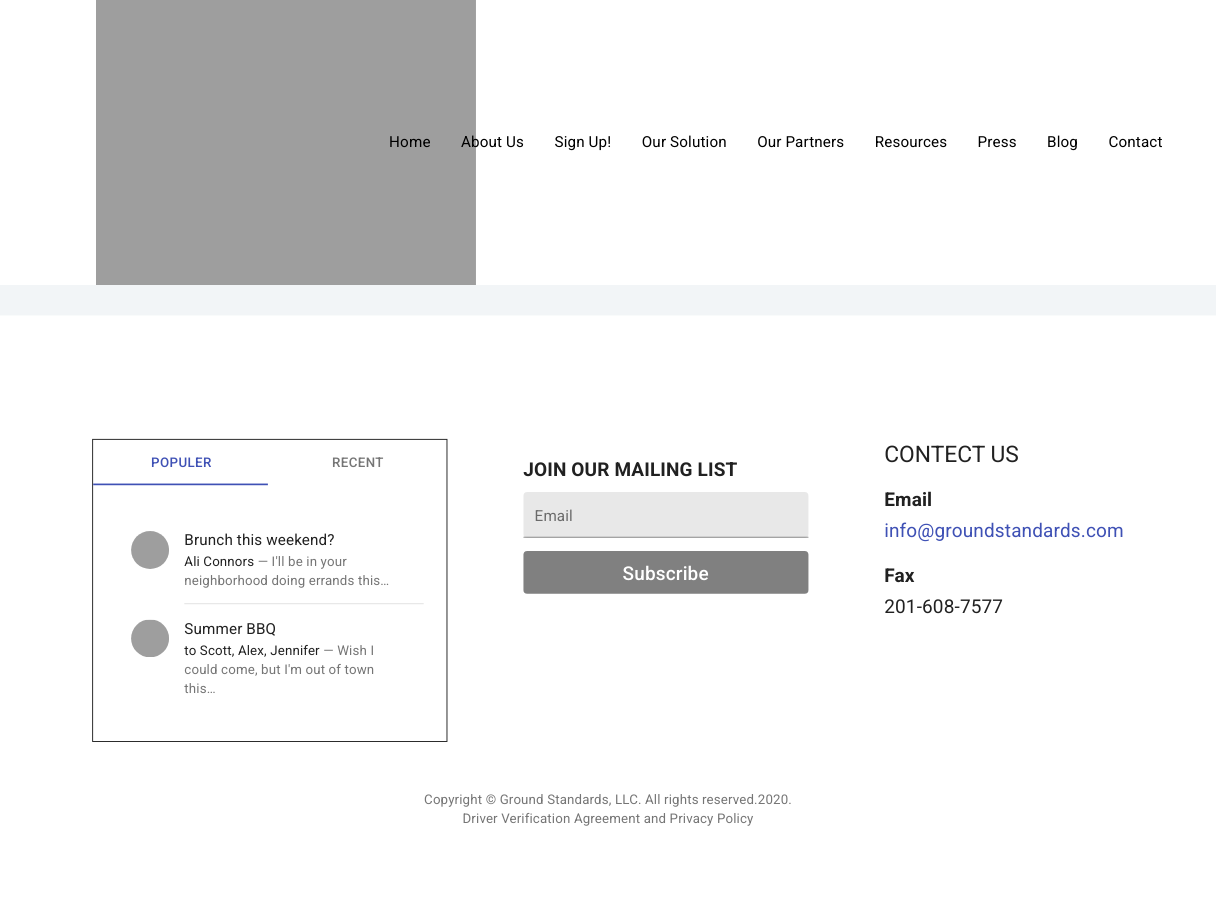
Repository: vinuvish/groundstandards_react
Page: /ourSolution
An editor plug-in stored every save of this project. The page is shown before and after the next save, followed by the edit.
The browser window is 1280 px wide. The pictures show the whole page, at 95% of full size.
Pictures or frames that could not be fetched are drawn as grey boxes. The page's requests for data from a server got no answer. The project was rebuilt for these pictures with package versions that can differ from the ones it lists, and the page was loaded fresh each time. No one was signed in, and anything a server would have sent is missing. Also part of the build but not shown: src/pages/app/NotFoundPage.tsx, src/pages/app/SignUpPage.tsx, src/pages/app/AboutPage.tsx, src/pages/app/OurPartnerPage.tsx, src/pages/app/ResourcePage.tsx, src/pages/app/PressPage.tsx, src/pages/app/BlockPage.tsx, src/pages/app/ContactPage.tsx and 4 more. Imported but missing from the stored project, and not drawn on this page: src/assets/video/video-2.mp4.

Above is the page before, as saved 2020-12-02 22:35:25.

### public/index.html
<!DOCTYPE html>
<html lang="en">
  <head>
    <meta charset="utf-8" />
    <link rel="icon" href="%PUBLIC_URL%/favicon.png" />
    <meta name="viewport" content="width=device-width, initial-scale=1" />
    <meta name="theme-color" content="#000000" />
    <meta name="description" content="Web site created using create-react-app" />
    <link rel="apple-touch-icon" href="%PUBLIC_URL%/logo192.png" />
    <link rel="stylesheet" href="https://fonts.googleapis.com/css?family=Roboto:300,400,500,700&display=swap" />
    <link rel="stylesheet" href="https://fonts.googleapis.com/icon?family=Material+Icons" />
    <!--
      manifest.json provides metadata used when your web app is installed on a
      user's mobile device or desktop. See https://developers.google.com/web/fundamentals/web-app-manifest/
    -->
    <link rel="manifest" href="%PUBLIC_URL%/manifest.json" />
    <!--
      Notice the use of %PUBLIC_URL% in the tags above.
      It will be replaced with the URL of the `public` folder during the build.
      Only files inside the `public` folder can be referenced from the HTML.

      Unlike "/favicon.ico" or "favicon.ico", "%PUBLIC_URL%/favicon.ico" will
      work correctly both with client-side routing and a non-root public URL.
      Learn how to configure a non-root public URL by running `npm run build`.
    -->
    <title>Ground Standard</title>
  </head>
  <body>
    <noscript>You need to enable JavaScript to run this app.</noscript>
    <div id="root"></div>
    <!--
      This HTML file is a template.
      If you open it directly in the browser, you will see an empty page.

      You can add webfonts, meta tags, or analytics to this file.
      The build step will place the bundled scripts into the <body> tag.

      To begin the development, run `npm start` or `yarn start`.
      To create a production bundle, use `npm run build` or `yarn build`.
    -->
  </body>
</html>

### src/App.tsx
import { CssBaseline, MuiThemeProvider, StylesProvider } from '@material-ui/core';
import { SnackbarProvider } from 'notistack';
import React from 'react';
import { theme } from './app_utils/MuiTheme';
import AppRouterRoutes from './AppRoutes';
import { useAppStore } from './models_stores/appStore';

function App() {
  const streamAuthUser = useAppStore((state) => state.streamAuthUser);
  const streamProducts = useAppStore((state) => state.streamDocuments);
  const streamCategories = useAppStore((state) => state.streamNotifications);
  const streamUsers = useAppStore((state) => state.streamUsers);

  React.useEffect(() => {
    streamAuthUser();
    streamCategories();
    streamUsers();
    streamProducts();
  }, []); // eslint-disable-line

  return (
    <SnackbarProvider maxSnack={3} anchorOrigin={{ vertical: 'bottom', horizontal: 'right' }}>
      <MuiThemeProvider theme={theme}>
        <CssBaseline />
        <StylesProvider injectFirst>
          <AppRouterRoutes></AppRouterRoutes>
        </StylesProvider>
      </MuiThemeProvider>
    </SnackbarProvider>
  );
}

export default App;

### src/app_utils/MuiTheme.tsx
import { createMuiTheme } from '@material-ui/core/styles';
import { BreakpointOverrides } from '@material-ui/core/styles/createBreakpoints';
import { Shadows } from '@material-ui/core/styles/shadows';

declare module '@material-ui/core/styles/createBreakpoints' {
  interface BreakpointOverrides {
    xs: true;
    sm: true;
    md: true;
    lg: true;
    xl: true;
    tablet: true;
    laptop: true;
    desktop: true;
  }
}

export const theme = createMuiTheme({
  breakpoints: {
    values: { xs: 0, sm: 600, md: 960, lg: 1280, xl: 1920, tablet: 400, laptop: 900, desktop: 1200 }
  },

  shadows: Array(25).fill('none') as Shadows,

  props: {
    MuiInput: { disableUnderline: true },
    MuiButton: { disableElevation: true },
    MuiButtonBase: { disableRipple: true },
    MuiPaper: { elevation: 0 },
    MuiCard: { elevation: 0 },
    MuiDivider: { color: 'white' },
    MuiOutlinedInput: {}
  },
  overrides: {
    MuiPaper: {
      root: {
        elevation: 0
      }
    },
    MuiCard: {
      root: {
        elevation: 0
      }
    },
    MuiButton: {
      root: {
        textTransform: 'capitalize'
      }
    }
  },
  palette: {
    background: {
      default: '#F2F5F7'
    }
  }
});

export const breakpoint = {
  xs: `(min-width: 0px)`,
  sm: `(min-width: 576px)`,
  md: `(min-width: 768px)`,
  lg: `(min-width: 992px)`,
  xl: `(min-width: 1200px)`
};

### src/AppRoutes.tsx
import { Container, createStyles, Grid, makeStyles, Theme } from '@material-ui/core';
import React from 'react';
import { Route, Router, Switch } from 'react-router-dom';
import ZAppBar from './components/ZAppBar';
import ZAppBarDrawer from './components/ZAppBarDrawer';
import NotFoundPage from './pages/app/NotFoundPage';
import SignUpPage from './pages/app/SignUpPage';
import history from './app_utils/History';
import AboutPage from './pages/app/AboutPage';
import OurSolutionPage from './pages/app/OurSolutionPage';
import OurPartnerPage from './pages/app/OurPartnerPage';
import ResourcePage from './pages/app/ResourcePage';
import PressPage from './pages/app/PressPage';
import BlockPage from './pages/app/BlockPage';
import ContactPage from './pages/app/ContactPage';
import AppHomePage from './pages/app/AppHomePage';
import ZFooter from './components/ZFooter';

const AppRouterRoutes = () => {
  const classes = useStyles();

  return (
    <Router history={history}>

      <ZAppBar />
      <Switch>{[AppRoutes]}</Switch>
      <ZFooter />
    </Router>


  );
};


const AppRoutes = [
  <Route exact path='/' component={AppHomePage} />,
  <Route exact path='/aboutUs' component={AboutPage} />,
  <Route exact path='/signUp' component={SignUpPage} />,
  <Route exact path='/ourSolution' component={OurSolutionPage} />,
  <Route exact path='/ourPartner' component={OurPartnerPage} />,
  <Route exact path='/resource' component={ResourcePage} />,
  <Route exact path='/press' component={PressPage} />,
  <Route exact path='/blog' component={BlockPage} />,
  <Route exact path='/contact' component={ContactPage} />,
  <Route component={NotFoundPage} />
];

const useStyles = makeStyles((theme: Theme) =>
  createStyles({
    grid: {
      display: 'flex'
    },
    containerAuthenticated: {
      margin: 'auto',
      marginTop: 68,
      padding: 20,
      width: `calc(100% - 240px)`,
      [theme.breakpoints.down('md')]: {
        width: '100%'
      }
    },
    containerUnauthenticated: {}
  })
);

export default AppRouterRoutes;

### src/app_utils/History.tsx
import { createBrowserHistory } from 'history';
export default createBrowserHistory({});

### src/pages/app/OurSolutionPage.tsx
import * as React from 'react';
import { makeStyles, Theme } from '@material-ui/core/styles';
import { Box, Grid, Typography } from '@material-ui/core';

interface Props { }

const OurSolutionPage: React.FC<Props> = () => {
    const classes = useStyles();
    return (
        <div className={classes.root}>
            <Grid container className={classes.grid} direction='column'>
                <Grid item xs={12}>
                    <Typography variant="h2">
                        <Box fontWeight={600} justifyContent='center' >
                            THE #1 SOLUTION
               </Box>
                    </Typography>
                </Grid>
            </Grid>

        </div>


    );
};

const useStyles = makeStyles((theme: Theme) => ({
    root: {
        width: '100vW',
        padding: theme.spacing(10, 20),
    }, grid: {
        padding: '50px',
        justifyContent: 'center',
        alignItems: 'center',
    },
}));

OurSolutionPage.defaultProps = {};

export default OurSolutionPage;

### src/firebase/firebase.tsx
import firebase from 'firebase/app';
import 'firebase/firestore';
import 'firebase/auth';
import 'firebase/storage';

const firebaseConfig = {
  apiKey: 'AIzaSyBWf1JYtcld5rEhou2YyANxAtl20AylP80',
  authDomain: 'groundstandards-8a1dd.firebaseapp.com',
  databaseURL: 'https://groundstandards-8a1dd.firebaseio.com',
  projectId: 'groundstandards-8a1dd',
  storageBucket: 'groundstandards-8a1dd.appspot.com',
  messagingSenderId: '137110708999',
  appId: '1:137110708999:web:ab0b42be7878425a805ba2',
  measurementId: 'G-V8H0LZB9DH'
};

if (!firebase.apps.length) firebase.initializeApp(firebaseConfig);

const firestore = firebase.firestore();
const auth = firebase.auth();

export { firebase as fireFirebase, firestore as fireFirestore, auth as fireAuth };

### src/models/AuthUserModel.ts
export class AuthUser implements IAuthUser {
  email: string;
  firstName: string;
  id: string;
  lastName: string;
  isActive: boolean;
  isAdmin: boolean;
  timestampAdded: Date;
  timestampLastLogin: Date;

  constructor(x: IAuthUser) {
    this.email = x.email;
    this.firstName = x.firstName;
    this.id = x.id;
    this.lastName = x.lastName;
    this.isActive = x.isActive;
    this.isAdmin = x.isAdmin;
    this.timestampAdded = x.timestampAdded;
    this.timestampLastLogin = x.timestampLastLogin;
  }

  static fromFirestore(doc: firebase.firestore.DocumentSnapshot<firebase.firestore.DocumentData>): AuthUser | null {
    const data = doc.data();
    if (!data) return null;

    return new AuthUser({
      email: data['email'] ?? '',
      firstName: data['firstName'] ?? '',
      id: doc.id,
      lastName: data['lastName'] ?? '',
      isActive: data['isActive'] ?? true,
      isAdmin: data['isAdmin'] ?? false,
      timestampAdded: data['timestampAdded']?.toDate() ?? new Date(),
      timestampLastLogin: data['timestampLastLogin']?.toDate() ?? new Date()
    });
  }

  getFullName(): string {
    return `${this.firstName} ${this.lastName}`;
  }
}

interface IAuthUser {
  email: string;
  firstName: string;
  id: string;
  lastName: string;
  isActive: boolean;
  isAdmin: boolean;
  timestampAdded: Date;
  timestampLastLogin: Date;
}
export interface IAuthUserRegister {
  email: string;
  firstName: string;
  lastName: string;
  password: string;
  isAdmin: boolean;
}

export interface IAuthUserUpdate {
  id: string;
  firstName: string;
  lastName: string;
  isActive: boolean;
  isAdmin: boolean;
}

### src/models/NotificationModel.ts
export class NotificationModel implements IEventModel {
  body: string;
  title: string;
  linkUrl: string;
  id: string;
  timestampAdded: Date;

  constructor(x: IEventModel) {
    {
      this.id = x.id;
      this.linkUrl = x.linkUrl;
      this.body = x.body;
      this.timestampAdded = x.timestampAdded;
      this.title = x.title;
    }
  }

  static fromFirestore(doc: firebase.firestore.DocumentSnapshot<firebase.firestore.DocumentData>): NotificationModel | null {
    const data = doc.data();
    if (!data) return null;
    return new NotificationModel({
      body: data['body'] ?? '',
      id: doc.id,
      linkUrl: data['linkUrl'] ?? '',
      timestampAdded: data['timestampAdded']?.toDate() ?? Date.now(),
      title: data['title'] ?? ''
    });
  }
}

interface IEventModel {
  body: string;
  title: string;
  linkUrl: string;
  id: string;
  timestampAdded: Date;
}

### src/components/ZTextFromField.tsx
import * as React from 'react';
import { makeStyles, TextField, Theme } from '@material-ui/core';
import { Controller, FieldError, Control } from 'react-hook-form';

interface Props {
  label: string;
  defaultValue?: string;
  className?: string;
  control: Control;
  error?: FieldError | undefined;
  name: string;
  rules?: any;
  rows?: number;
  type?: string;
  disabled?: boolean;
  variant?: 'standard' | 'filled' | 'outlined' | undefined;
}

const ZTextFormField: React.FC<Props> = ({ label, defaultValue, className, control, name, rules, rows, type, variant, error, disabled }) => {
  const classes = useStyles();
  return (
    <div key={name} className={className}>
      <Controller
        key={name}
        as={
          <TextField
            InputProps={{
              classes: { root: classes.root }
            }}
            disabled={disabled ?? false}
            name={name}
            error={error?.message ? true : false}
            helperText={error?.message ? error.message : undefined}
            fullWidth
            margin='dense'
            multiline={type ? false : true}
            rows={type ? undefined : rows}
            type={type}
            variant={(variant ?? 'outlined') as any}
          />
        }
        rules={rules ?? { required: 'This field is required' }}
        autoComplete='false'
        label={label}
        name={name}
        control={control}
        defaultValue={defaultValue ?? ''}
      />
    </div>
  );
};

const useStyles = makeStyles((theme: Theme) => ({
  root: {
    borderRadius: '4px'
  }
}));

ZTextFormField.defaultProps = {};

export default ZTextFormField;

// rules={register({
//             required: true,
//             pattern: {
//               value: /^[A-Z0-9._%+-]+@[A-Z0-9.-]+\.[A-Z]{2,}$/i,
//               message: 'Invalid email address',
//             },
//           })}

### src/components/ZTabPanal.tsx
import { Box, Typography } from '@material-ui/core';
import React from 'react';


interface Props {
    children?: React.ReactNode;
    dir?: string;
    index: any;
    value: any;
}

const ZTabPanal: React.FC<Props> = ({ children, value, index, ...other }) => {

    return (
        <Box borderTop={0} >
            <div
                role="tabpanel"
                hidden={value !== index}
                id={`full-width-tabpanel-${index}`}
                aria-labelledby={`full-width-tab-${index}`}
                {...other}>
                {value === index && (
                    <Box p={3}>
                        <Typography>{children}</Typography>
                    </Box>
                )}

            </div>
        </Box>
    );


}

ZTabPanal.defaultProps = {};

export default ZTabPanal;

### src/components/ZListCard.tsx
import { Box, createStyles, makeStyles, Theme } from '@material-ui/core';
import React from 'react';
import List from '@material-ui/core/List';
import ListItem from '@material-ui/core/ListItem';
import Divider from '@material-ui/core/Divider';
import ListItemText from '@material-ui/core/ListItemText';
import ListItemAvatar from '@material-ui/core/ListItemAvatar';
import Avatar from '@material-ui/core/Avatar';
import Typography from '@material-ui/core/Typography';

interface Props {
    children?: React.ReactNode;
    dir?: string;
    index: any;
    value: any;
}

const ZListCard = () => {
    const classes = useStyles();

    return (
        <>
            <List className={classes.root}>
                <ListItem alignItems="flex-start">
                    <ListItemAvatar>
                        <Avatar alt="Remy Sharp" src="/static/images/avatar/1.jpg" />
                    </ListItemAvatar>
                    <ListItemText
                        primary="Brunch this weekend?"
                        secondary={
                            <React.Fragment>
                                <Typography
                                    component="span"
                                    variant="body2"
                                    className={classes.inline}
                                    color="textPrimary"
                                >
                                    Ali Connors
                  </Typography>
                                {" — I'll be in your neighborhood doing errands this…"}
                            </React.Fragment>
                        }
                    />
                </ListItem>
                <Divider variant="inset" component="li" />
                <ListItem alignItems="flex-start">
                    <ListItemAvatar>
                        <Avatar alt="Travis Howard" src="/static/images/avatar/2.jpg" />
                    </ListItemAvatar>
                    <ListItemText
                        primary="Summer BBQ"
                        secondary={
                            <React.Fragment>
                                <Typography
                                    component="span"
                                    variant="body2"
                                    className={classes.inline}
                                    color="textPrimary"
                                >
                                    to Scott, Alex, Jennifer
                  </Typography>
                                {" — Wish I could come, but I'm out of town this…"}
                            </React.Fragment>
                        }
                    />
                </ListItem>

            </List>
        </>
    );

}

ZListCard.defaultProps = {};

export default ZListCard;
const useStyles = makeStyles((theme: Theme) =>
    createStyles({
        root: {
            width: '100%',
            maxWidth: '36ch',
            backgroundColor: theme.palette.background.paper,
        },
        inline: {
            display: 'inline',
        },
    }),
);

Loaded but not shown: src/index.tsx (common file); src/styles/index.css (common file); src/components/ZAppBar.tsx (209 lines, source omitted); src/components/ZFooter.tsx (169 lines, source omitted); src/models/DocumentModel.ts (144 lines, source omitted); src/components/ZAppBarDrawerTemp.tsx (129 lines, source omitted); src/models_stores/appStore.ts (105 lines, source omitted)

After the next save:
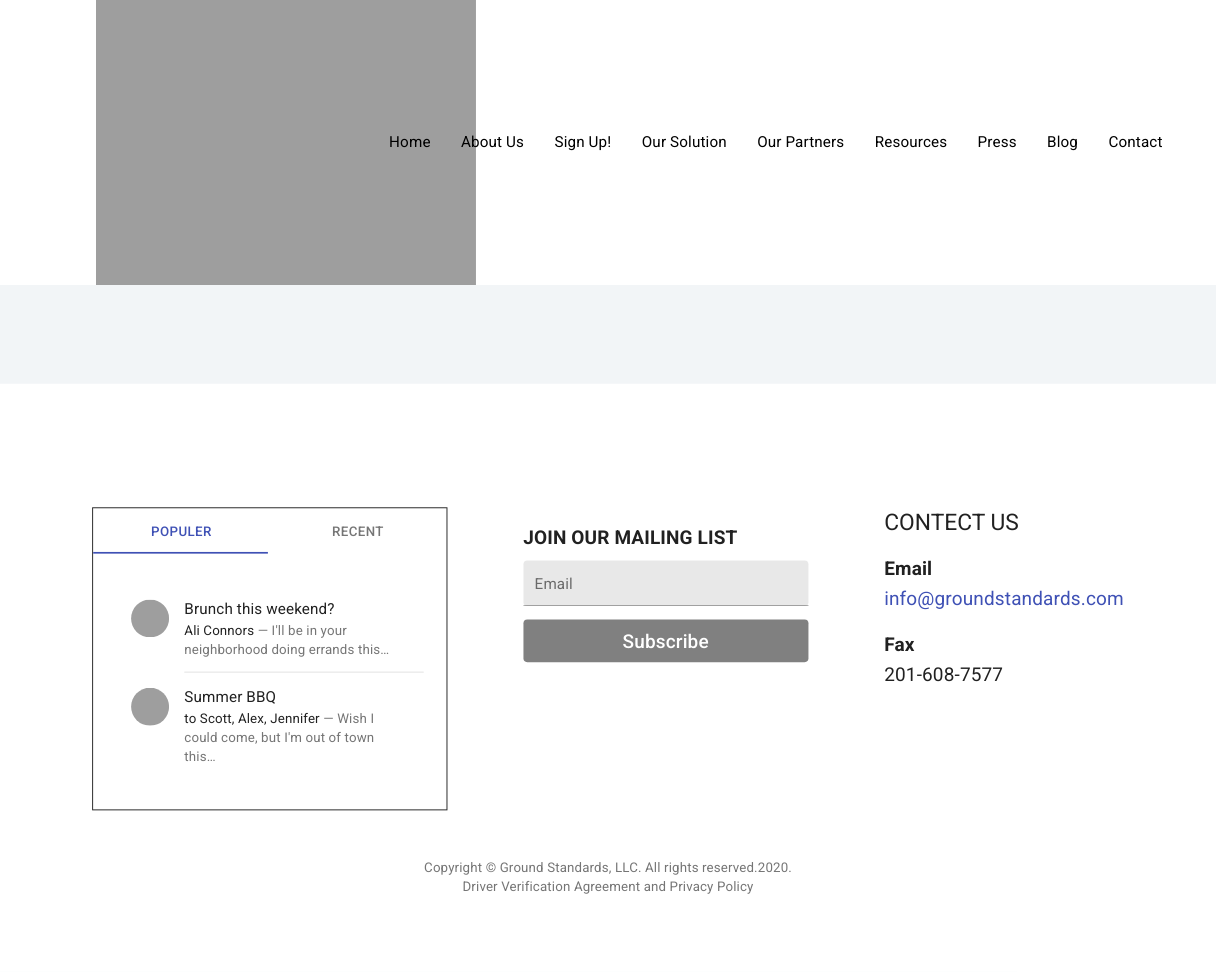
Saved 15 min 56 s later.
--- a/src/pages/app/OurSolutionPage.tsx
+++ b/src/pages/app/OurSolutionPage.tsx
@@ -9,6 +9,14 @@ const OurSolutionPage: React.FC<Props> = () => {
     return (
         <div className={classes.root}>
             <Grid container className={classes.grid} direction='column'>
+                <Grid item xs={12}>
+                    <Typography variant="h2">
+                        <Box fontWeight={600} justifyContent='center' >
+                            THE #1 SOLUTION
+               </Box>
+                    </Typography>
+                </Grid>
+
                 <Grid item xs={12}>
                     <Typography variant="h2">
                         <Box fontWeight={600} justifyContent='center' >

After the save that followed:
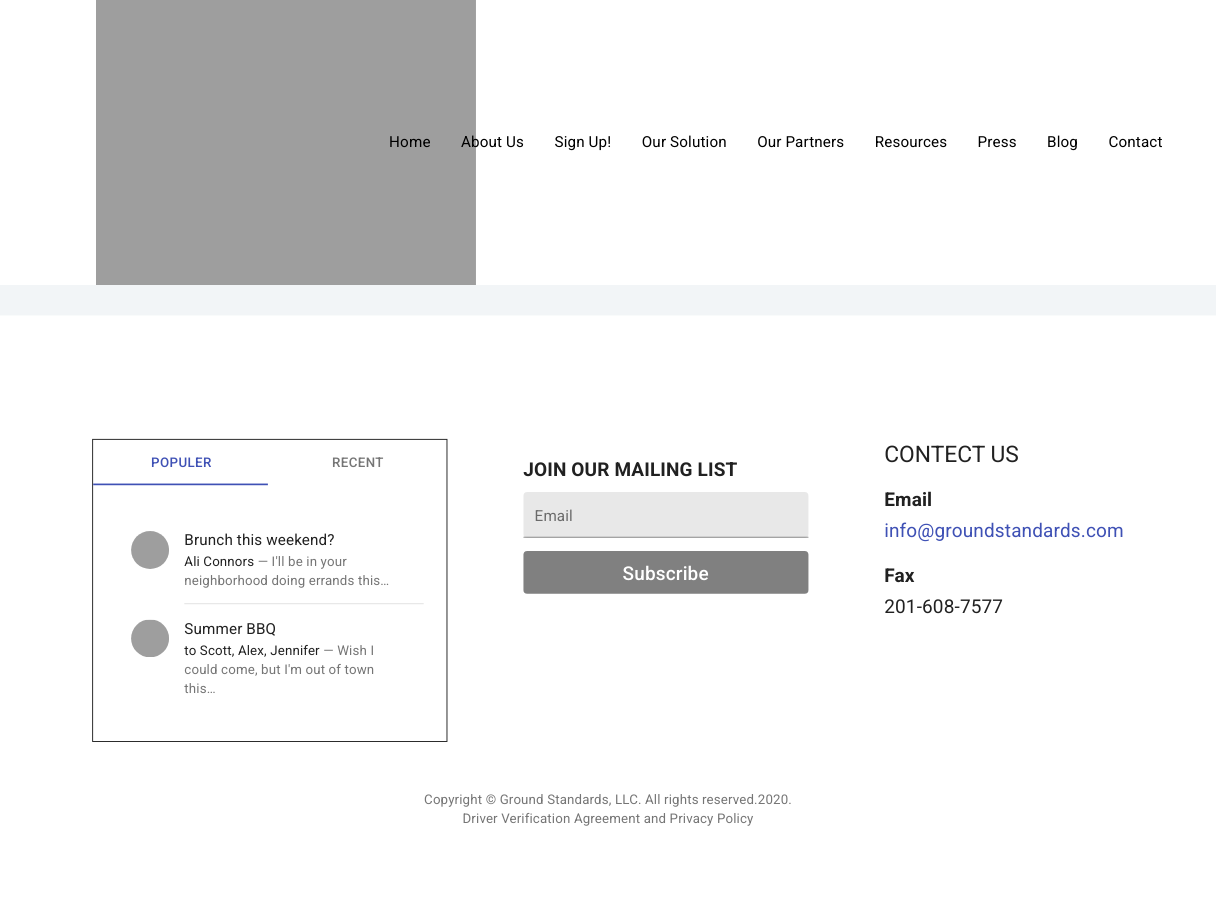
Saved 16 s later.
--- a/src/pages/app/OurSolutionPage.tsx
+++ b/src/pages/app/OurSolutionPage.tsx
@@ -18,11 +18,7 @@ const OurSolutionPage: React.FC<Props> = () => {
                 </Grid>
 
                 <Grid item xs={12}>
-                    <Typography variant="h2">
-                        <Box fontWeight={600} justifyContent='center' >
-                            THE #1 SOLUTION
-               </Box>
-                    </Typography>
+
                 </Grid>
             </Grid>
 
